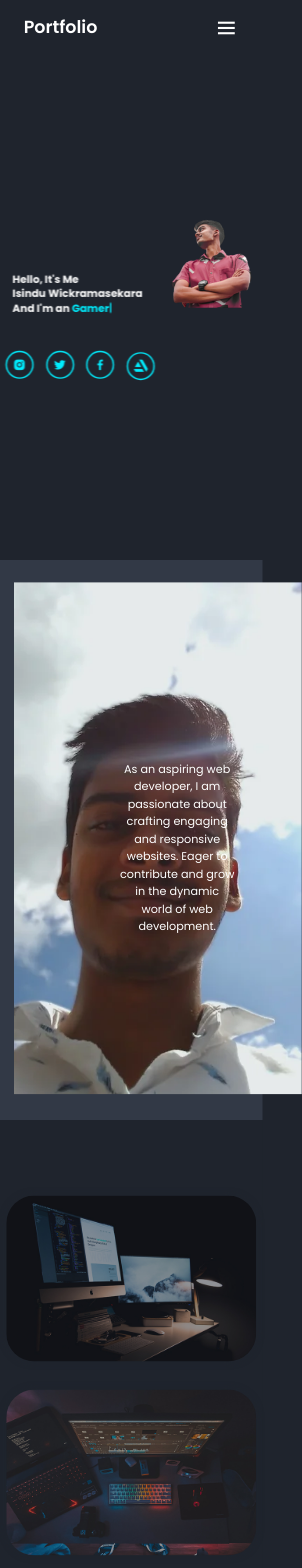
Repository: tectonic679/website1
Page: index.html
An editor plug-in stored every save of this project. The page is shown before and after the next save, followed by the edit.
The browser window is 375 px wide. The page is 431 px wide, so the pictures cover 431 px, including what lies to the right of the window. The pictures show the part of the page from y = 0 to 2240 px (the page is 3449 px tall), at 70% of full size.
Some web libraries are served in a nearby version.

Above is the page before, as saved 2023-12-15 14:06:38.

After the next save:
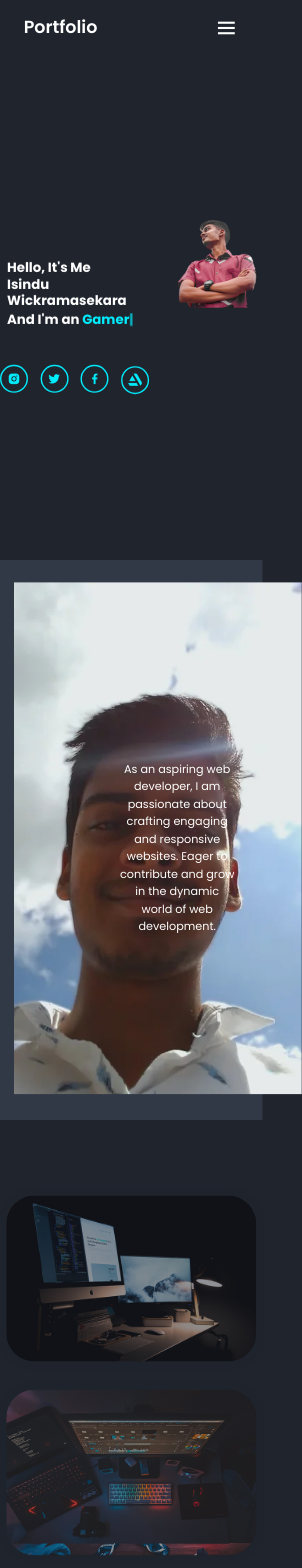
Saved 2 min 15 s later.
--- a/style.css
+++ b/style.css
@@ -393,12 +393,12 @@ header nav a.active {
     }
     .home-content h3 {
         padding-left: 1rem;
-        font-size: 1.5rem;
+        font-size: 1.9rem;
         /* Adjust the desired font size */
     }
     .home-content h1 {
         padding-left: 1rem;
-        font-size: 1.5rem;
+        font-size: 1.9rem;
         /* Adjust the desired font size */
         line-height: 1.2;
     }
